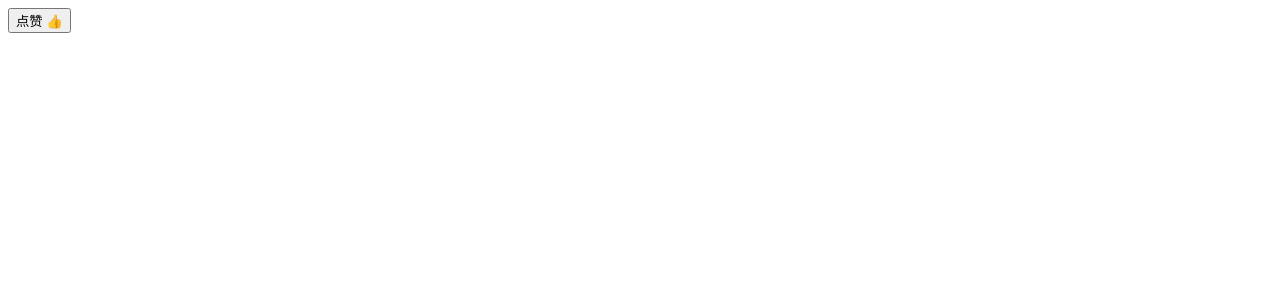
Repository: tongshoutongjiao/reactBook-Project
Page: reactBook/r4.html
The author's editor kept a copy of each file at every save. The page is drawn from the files as they stood at one save, then again after the next save.
The browser window is 1280 px wide. The pictures show the whole page.

Above is the page before, as saved 2021-08-25 14:13:35.
Console error: TypeError: component._renderDOM is not a function

After the next save:
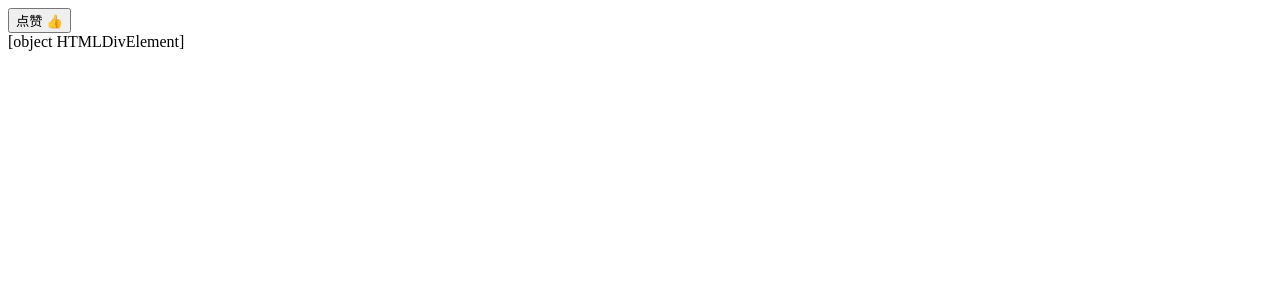
The error is gone.
Saved 52 s later.
--- a/reactBook/r4.html
+++ b/reactBook/r4.html
@@ -55,10 +55,11 @@
 
 
 
-    class LikeButton {
+    class LikeButton extends Component {
 
         //  构造函数私有属性
         constructor() {
+            super()
             this.state = {
                 isLiked: false
             }
